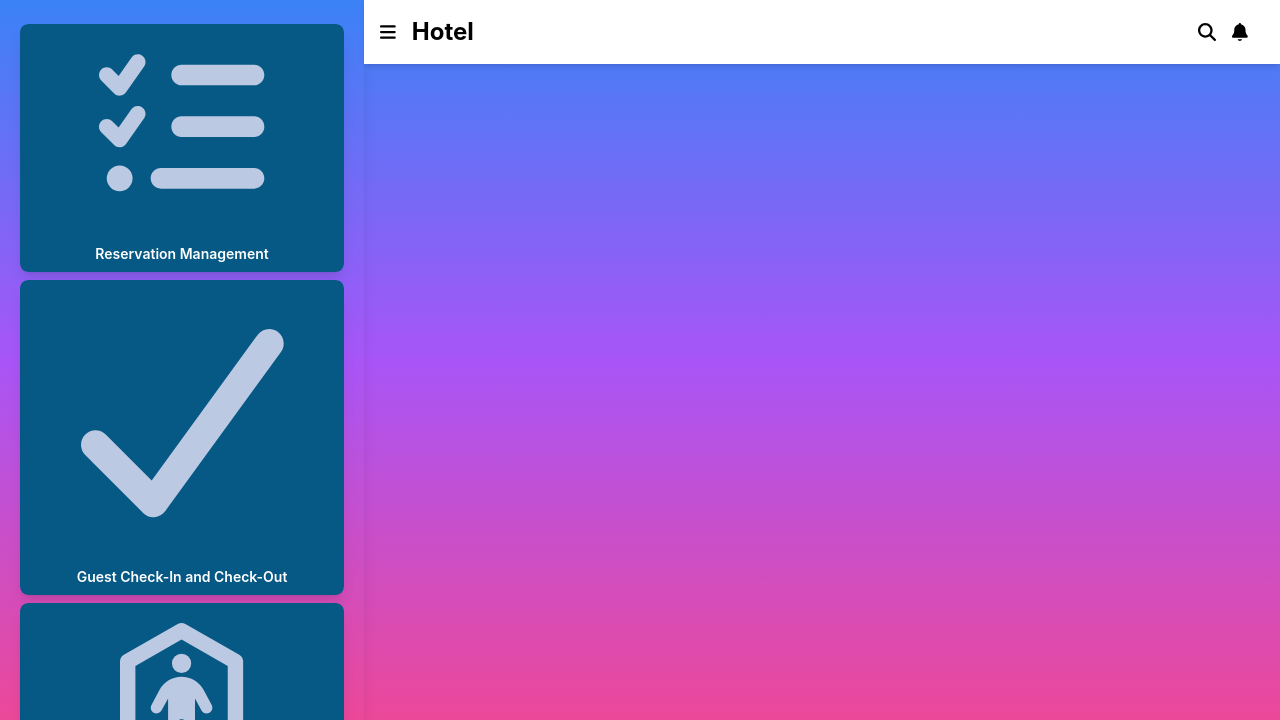
Repository: musabismael/Hotel
Page: /
An editor plug-in stored every save of this project. The page is shown before and after a run of saves, followed by the edit.
The browser window is 1280 px wide. The pictures show the whole page.
The project was rebuilt for these pictures with package versions that can differ from the ones it lists, and the page was loaded fresh each time. Also part of the build but not shown: vite.config.js, src/App.css, src/pages/ReservationManagement.jsx, src/pages/GuestCheckInOut.jsx, src/pages/RoomManagement.jsx, src/pages/BillingPayment.jsx, src/pages/HousekeepingMaintenance.jsx, src/pages/GuestServices.jsx and 6 more.

Above is the page before, as saved 2023-10-01 19:09:20.

After the next 3 saves:
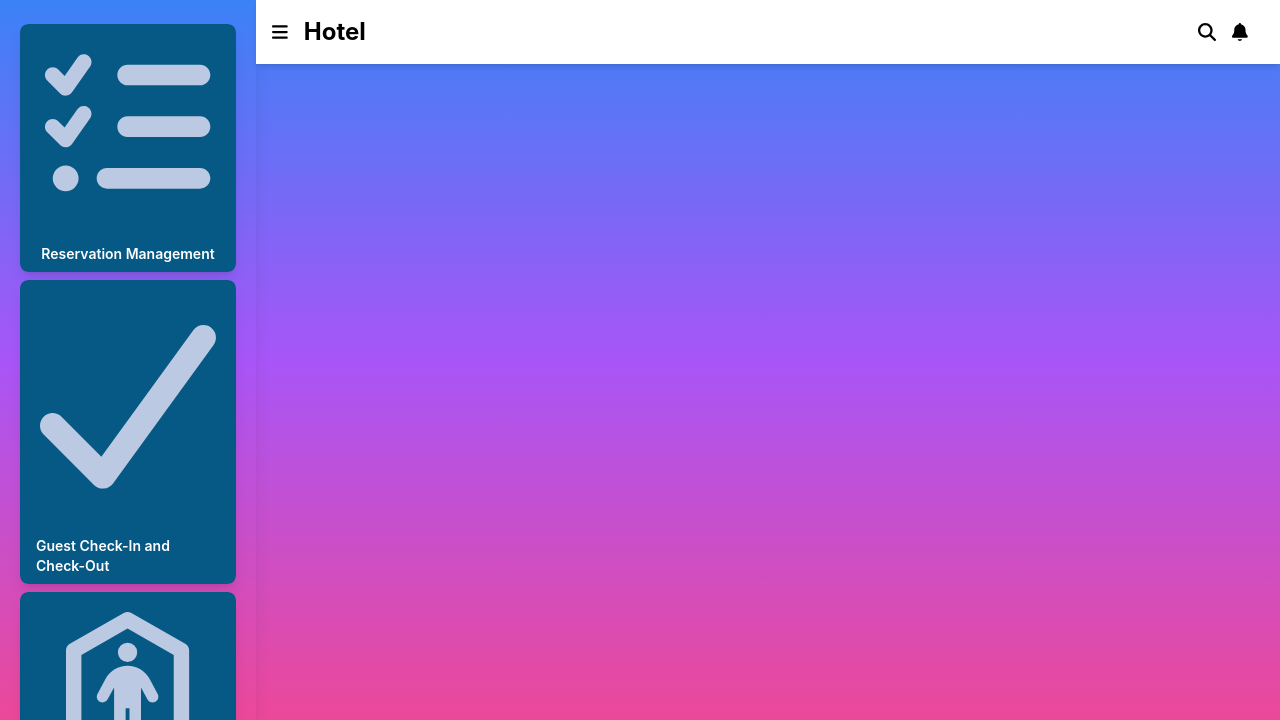
The 3 saves are shown as one change because 1 did not build or start and some came seconds apart.
The last was saved 34 s later.
--- a/src/component/Sidebar.jsx
+++ b/src/component/Sidebar.jsx
@@ -114,7 +114,7 @@ const Sidebar = () => {
     console.log(`Card with ID ${id} clicked`);
   };
   return (
-          <aside className="p-4 h-screen overflow-y-auto bg-gradient-to-b from-blue-500 via-purple-500 to-pink-500 shadow-lg">
+          <aside className="p-4 w-1/5 h-screen overflow-y-auto bg-gradient-to-b from-blue-500 via-purple-500 to-pink-500 shadow-lg">
 
       <nav>
         {cardData.map((card) => (
